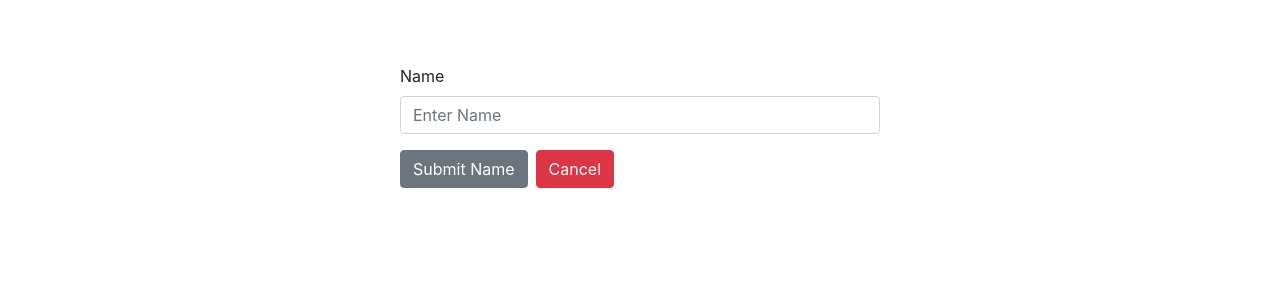
Repository: Abdaljawad-Aya/interview-task
Page: /add (app in javascriptArray/test/)
The author's editor kept a copy of each file at every save. The page is drawn from the files as they stood at one save, then again after the next save.
The browser window is 1280 px wide. The pictures show the whole page.
Some web libraries are served in a nearby version. The project was rebuilt for these pictures with package versions that can differ from the ones it lists, and the page was loaded fresh each time. Also part of the build but not shown: javascriptArray/test/src/compnents/Heading.js, javascriptArray/test/src/compnents/UserList.js, javascriptArray/test/src/compnents/Home.js, javascriptArray/test/src/compnents/EditUser.js. Imported but missing from the stored project, and not drawn on this page: javascriptArray/test/src/context/GlobalState.

Above is the page before, as saved 2021-03-10 20:45:21.

### javascriptArray/test/public/index.html
<!DOCTYPE html>
<html lang="en">
  <head>
    <meta charset="utf-8" />
    <link rel="icon" href="%PUBLIC_URL%/favicon.ico" />
    <meta name="viewport" content="width=device-width, initial-scale=1" />
    <meta name="theme-color" content="#000000" />
    <meta
      name="description"
      content="Web site created using create-react-app"
    />
    <link rel="apple-touch-icon" href="%PUBLIC_URL%/logo192.png" />
    <!--
      manifest.json provides metadata used when your web app is installed on a
      user's mobile device or desktop. See https://developers.google.com/web/fundamentals/web-app-manifest/
    -->
    <link rel="manifest" href="%PUBLIC_URL%/manifest.json" />
    <!--
      Notice the use of %PUBLIC_URL% in the tags above.
      It will be replaced with the URL of the `public` folder during the build.
      Only files inside the `public` folder can be referenced from the HTML.

      Unlike "/favicon.ico" or "favicon.ico", "%PUBLIC_URL%/favicon.ico" will
      work correctly both with client-side routing and a non-root public URL.
      Learn how to configure a non-root public URL by running `npm run build`.
    -->

   <link rel="stylesheet" href="https://maxcdn.bootstrapcdn.com/bootstrap/4.0.0/css/bootstrap.min.css" integrity="sha384-Gn5384xqQ1aoWXA+058RXPxPg6fy4IWvTNh0E263XmFcJlSAwiGgFAW/dAiS6JXm" crossorigin="anonymous">
    <title>React App</title>
  </head>
  <body>
    <noscript>You need to enable JavaScript to run this app.</noscript>
    <div id="root"></div>
    <!--
      This HTML file is a template.
      If you open it directly in the browser, you will see an empty page.

      You can add webfonts, meta tags, or analytics to this file.
      The build step will place the bundled scripts into the <body> tag.

      To begin the development, run `npm start` or `yarn start`.
      To create a production bundle, use `npm run build` or `yarn build`.
    -->
      <script src="https://code.jquery.com/jquery-3.2.1.slim.min.js" integrity="sha384-KJ3o2DKtIkvYIK3UENzmM7KCkRr/rE9/Qpg6aAZGJwFDMVNA/GpGFF93hXpG5KkN" crossorigin="anonymous"></script>
    <script src="https://cdnjs.cloudflare.com/ajax/libs/popper.js/1.12.9/umd/popper.min.js" integrity="sha384-ApNbgh9B+Y1QKtv3Rn7W3mgPxhU9K/ScQsAP7hUibX39j7fakFPskvXusvfa0b4Q" crossorigin="anonymous"></script>
    <script src="https://maxcdn.bootstrapcdn.com/bootstrap/4.0.0/js/bootstrap.min.js" integrity="sha384-JZR6Spejh4U02d8jOt6vLEHfe/JQGiRRSQQxSfFWpi1MquVdAyjUar5+76PVCmYl" crossorigin="anonymous"></script>
  </body>
</html>

### javascriptArray/test/src/index.js
import React from 'react'
import ReactDOM from 'react-dom'
import App from './App'
// import { BrowserRouter as Router } from 'react-router-dom'

ReactDOM.render(
  <React.StrictMode>
    {/* <Router> */}
    <App />
    {/* </Router> */}
  </React.StrictMode>,
  document.getElementById('root'),
)

### javascriptArray/test/src/App.js
import React from 'react'
import { BrowserRouter as Router, Switch, Route } from 'react-router-dom'
import { Home } from './compnents/Home'
import { AddUser } from './compnents/AddUser'
import { EditUser } from './compnents/EditUser'

import 'bootstrap/dist/css/bootstrap.min.css'

function App() {
  return (
    <div className="App" style={{ maxWidth: '30rem', margin: '4rem auto' }}>
      <Router>
        <Switch>
          <Route path="/add" component={AddUser} />
          <Route path="/edit/:id" component={EditUser} />
          <Route exact path="/" component={Home} />
        </Switch>
      </Router>
    </div>
  )
}

export default App

// <nav class="navbar navbar-expand-lg navbar-dark bg-dark">
//             <a class="navbar-brand" href="#">
//               React
//             </a>
//             <button
//               class="navbar-toggler"
//               type="button"
//               data-toggle="collapse"
//               data-target="#navbarNavAltMarkup"
//               aria-controls="navbarNavAltMarkup"
//               aria-expanded="false"
//               aria-label="Toggle navigation"
//             >
//               <span class="navbar-toggler-icon"></span>
//             </button>
//             <div class="collapse navbar-collapse" id="navbarNavAltMarkup">
//               <div class="navbar-nav">
//                 <a class="nav-item nav-link active" href="#">
//                   <span class="sr-only">(current)</span>
//                 </a>
//                 <a class="nav-link" href="#"></a>
//                 <a class="nav-link" href="#"></a>
//               </div>
//             </div>
//           </nav>

### javascriptArray/test/src/compnents/AddUser.js
import React from 'react'
import { Link } from 'react-router-dom'
import { Form, FormGroup, Label, Input, Button } from 'reactstrap'
export const AddUser = () => {
  return (
    <Form>
      <FormGroup>
        <Label>Name</Label>
        <Input type="text" placeholder="Enter Name"></Input>
      </FormGroup>
      <Button type="submit">Submit Name</Button>
      <Link to="/" className="btn btn-danger ml-2">
        Cancel
      </Link>
    </Form>
  )
}

After the next save:
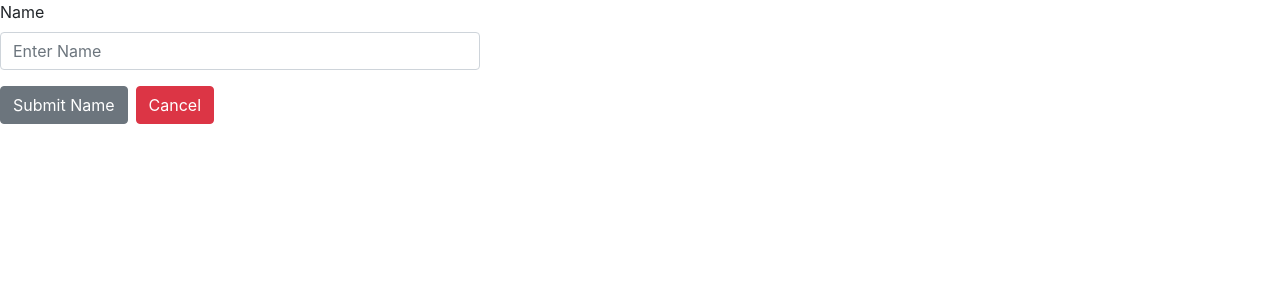
Saved 6 s later.
--- a/javascriptArray/test/src/App.js
+++ b/javascriptArray/test/src/App.js
@@ -8,7 +8,7 @@ import 'bootstrap/dist/css/bootstrap.min.css'
 
 function App() {
   return (
-    <div className="App" style={{ maxWidth: '30rem', margin: '4rem auto' }}>
+    <div className="App" style={{ maxWidth: '30rem' }}>
       <Router>
         <Switch>
           <Route path="/add" component={AddUser} />
